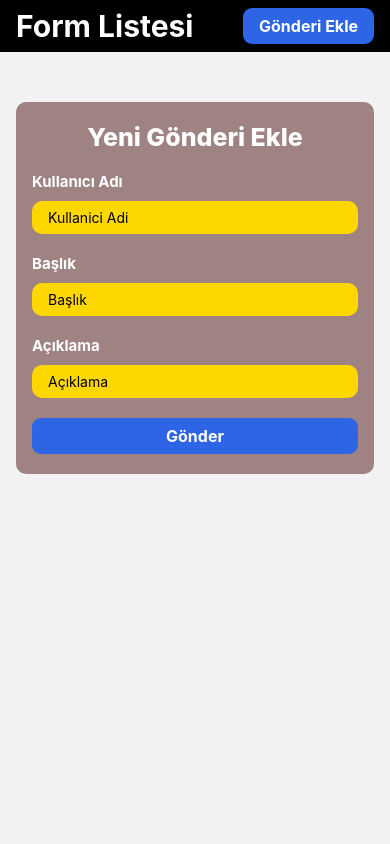
Repository: Kubraaygun/FirebaseRN
Screen: /
These files come from the project's save history. The screen is drawn as it stood at one moment and after the next save; the edit follows.
The app was drawn by React Native's web renderer in a window 390 px wide. The project was rebuilt for these pictures with package versions that can differ from the ones it lists, and the page was loaded fresh each time. Also part of the build but not shown: src/screens/ListPost/ListPostView.jsx, src/screens/ListPost/ListPostController.jsx.

Above is the screen before, as saved 2025-01-20 20:53:14.

After the next save:
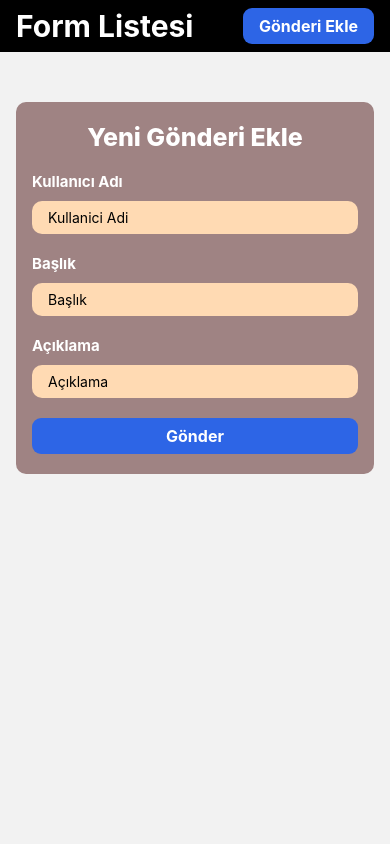
Saved 15 s later.
--- a/src/screens/AddPost/AddPostView.jsx
+++ b/src/screens/AddPost/AddPostView.jsx
@@ -65,7 +65,7 @@ const styles = StyleSheet.create({
     fontWeight: '700',
   },
   input: {
-    backgroundColor: 'gold',
+    backgroundColor: '#FFDAB3',
     paddingHorizontal: 16,
     paddingVertical: 8,
     borderRadius: 10,
